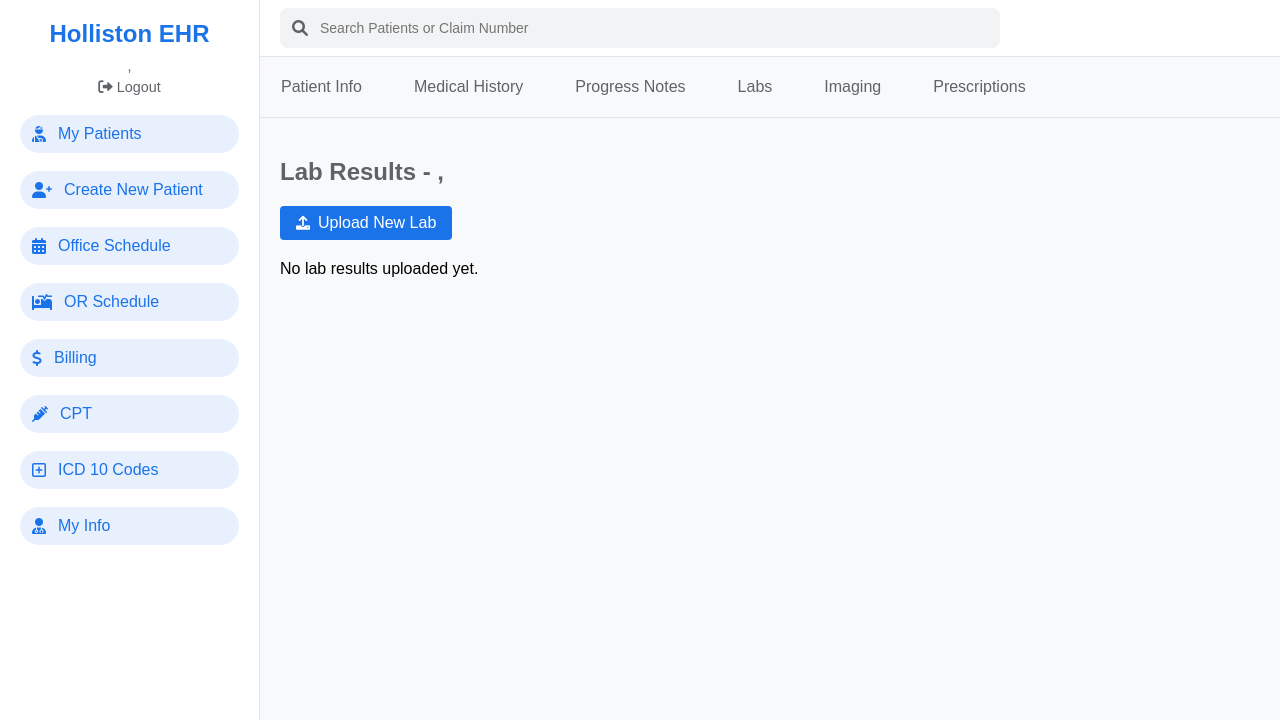
Repository: DavidG626/Flask-Project
Page: templates/labs.html
The author's editor kept a copy of each file at every save. The page is drawn from the files as they stood at one save, then again after the next save.
The browser window is 1280 px wide. The pictures show the whole page.
The template is drawn by Flask 3. The application's start-up code is not run. Other server files are loaded and not shown. The template is opened directly, without the code that normally fills it, so the values that code supplies are empty.

Above is the page before, as saved 2025-01-29 15:31:25.

### templates/labs.html
<!DOCTYPE html>
<html lang="en">
<head>
    <meta charset="UTF-8">
    <meta name="viewport" content="width=device-width, initial-scale=1.0">
    <title>Patient Labs</title>
    <link rel="stylesheet" type="text/css" href="/static/dashboard.css">
    <link rel="stylesheet" type="text/css" href="/static/labs.css">
    <link href="https://cdnjs.cloudflare.com/ajax/libs/font-awesome/6.0.0/css/all.min.css" rel="stylesheet">
</head>

<body>
    <div class="container">
        <!-- Sidebar -->
        <aside class="sidebar">
            <div class="logo">Holliston EHR</div>
            <div class="logged-user">
                {{ current_user.first_name }} {{ current_user.last_name }}, {{ current_user.medical_title }}
                <a href="{{ url_for('dashboard.logout') }}" class="logout-link">
                    <i class="fas fa-sign-out-alt"></i> Logout
                </a>
            </div>
            <nav>
                <!-- rest of your navigation -->
                <ul>
                    <li class="active">
                        <a href="{{ url_for('dashboard.my_patients') }}">
                            <i class="fas fa-user-injured"></i>My Patients
                        </a>
                    </li>
                </ul>
                <br>

                <ul>
                    <li class="active">
                        <a href="{{ url_for('dashboard.create_patient') }}">
                            <i class="fas fa-user-plus"></i>Create New Patient
                        </a>
                    </li>
                </ul>
                <br>
                <ul>
                    <li class="active"><a href=""><i class="fas fa-calendar-alt"></i>Office Schedule</a></li>
                </ul>
                <br>

                <ul>
                    <li class="active"><a href=""><i class="fas fa-procedures"></i>OR Schedule</a></li>
                </ul>
                <br>

                <ul>
                    <li class="active"><a href=""><i class="fas fa-dollar-sign"></i>Billing</a></li>
                </ul>
                <br>

                <ul>
                    <li class="active"><a href=""><i class="fas fa-syringe"></i>CPT</a></li>
                </ul>
                <br>

                <ul>
                    <li class="active"><a href=""><i class="far fa-plus-square"></i>ICD 10 Codes</a></li>
                </ul>
                <br>

                <ul>
                    <li class="active">
                        <a href="{{ url_for('dashboard.my_info') }}">
                            <i class="fas fa-user-md"></i>My Info
                        </a>
                    </li>
                </ul>
            </nav>
        </aside>

                <!-- Main Content -->
                <main>
                    <!-- Header -->
                    <header>
                        <div class="search-bar">
                            <i class="fas fa-search"></i>
                            <form action="{{ url_for('dashboard.my_patients') }}" method="get">
                                <input type="text" name="search" placeholder="Search Patients or Claim Number" value="{{ search_query or '' }}">
                            </form>
                        </div>
                    </header>
                    <!-- At the top of your patient info content -->
                    <div class="patient-tabs">
                        <a href="{{ url_for('dashboard.patient_detail', patient_id=patient.id) }}" class="tab">Patient Info</a>
                        <a href="{{ url_for('dashboard.patient_medical_history', patient_id=patient.id) }}" class="tab">Medical History</a>
                        <a href="#" class="tab">Progress Notes</a>
                        <a href="{{ url_for('dashboard.patient_labs', patient_id=patient.id) }}" class="tab">Labs</a>
                        <a href="{{ url_for('dashboard.patient_imaging', patient_id=patient.id) }}" class="tab">Imaging</a>
                        <a href="#" class="tab">Prescriptions</a>
                    </div>

                    <!-- Content Area -->
                    <div class="content">
                        <div class="toolbar">
                            {% with messages = get_flashed_messages(with_categories=true) %}
                                {% if messages %}
                                    <ul>
                                        {% for category, message in messages %}
                                            <div class="{{ category }}">{{ message }}</div>
                                        {% endfor %}
                                    </ul>
                                {% endif %}
                            {% endwith %}
                    </div>



                    <div class="patient-list">
                        <h2>Lab Results - {{ patient.patient_last_name }}, {{ patient.patient_first_name }}</h2>
                        <div class="buttons">
                            <a href="{{ url_for('dashboard.upload_lab', patient_id=patient.id) }}" class="edit-btn">
                                <i class="fas fa-upload"></i> Upload New Lab
                            </a>
                        </div>

                    {% if patient.lab_results %}
                    <div class="patients-grid">
                        {% for lab in patient.lab_results|sort(attribute='upload_date', reverse=true) %}
                        <div class="patient-card">
                            <i class="fa fa-file-pdf" aria-hidden="true"></i>
                            <div>
                                <span class="patient-name">{{ lab.description or 'Lab Result' }}</span>
                                <div class="small-text">
                                    Uploaded: {{ lab.upload_date.strftime('%m/%d/%Y') }}
                                </div>
                            </div>
                            <div class="patient-details">
                                <a href="{{ url_for('dashboard.view_lab', lab_id=lab.id) }}" class="view-link">
                                    <i class="fas fa-eye"></i> View
                                </a>
                                <a href="{{ url_for('dashboard.download_lab', lab_id=lab.id) }}" class="view-link">
                                    <i class="fas fa-download"></i> Download
                                </a>
                            </div>
                        </div>
                        {% endfor %}
                    </div>
                    {% else %}
                        <p>No lab results uploaded yet.</p>
                    {% endif %}
                </div>
</div>

### static/dashboard.css
/* static/style.css */
html {
    font-size: 16px;
}
* {
    margin: 0;
    padding: 0;
    box-sizing: border-box;
    font-family: Arial, sans-serif;
}

.container {
    display: flex;
    height: 100vh;
}
.logo {
    font-size: 1.5rem;
    font-weight: bold;
    color: #1a73e8;
    margin-bottom: 20px;
    text-align: center;

}
/* Sidebar Styles */

.logged-user {
    text-align: center;
    color: #5f6368;
    font-size: 0.9rem;
    margin-bottom: 20px;
    padding: 0 10px;
    font-weight: 500;
}
.logout-link {
    display: block;
    color: #5f6368;
    font-size: 0.9rem;
    text-decoration: none;
    margin-top: 5px;
}

.logout-link:hover {
    color: #1a73e8;
}
/* Adjust logo margin */
.logo {
    margin-bottom: 10px;
}
.sidebar {
    width: 260px;
    background: white;
    padding: 20px;
    border-right: 1px solid #e1e4e8;
}

.new-button button {
    width: 100%;
    padding: 12px;
    background: #e8f0fe;
    color: #1a73e8;
    border: none;
    border-radius: 24px;
    cursor: pointer;
    font-weight: 500;
    display: flex;
    align-items: center;
    justify-content: center;
    gap: 8px;
    margin-bottom: 20px;
}

.sidebar nav ul a {
    list-style: none;
    text-decoration: none;
    color: inherit;
}

.sidebar nav ul li  {
    padding: 10px 12px;
    border-radius: 24px;
    cursor: pointer;
    display: flex;
    align-items: center;
    gap: 12px;
    color: #5f6368;
}


.sidebar nav ul li.active {
    background: #e8f0fe;
    color: #1a73e8;
}
.sidebar nav ul li,
.sidebar nav ul li a {
    display: flex;
    align-items: center;
    gap: 12px;
}

.sidebar nav ul li a {
    text-decoration: none;
    color: inherit;
    width: 100%; /* Ensure the link takes full width of the list item */
}
/* Main Content Styles */
main {
    flex: 1;
    background: #f8f9fa;
    display: flex;
    flex-direction: column;
}

header {
    background: white;
    padding: 8px 20px;
    border-bottom: 1px solid #e1e4e8;
}

.search-bar {
    position: relative;
    max-width: 720px;
}

.search-bar input {
    width: 100%;
    padding: 12px 16px 12px 40px;
    border: none;
    background: #f1f3f4;
    border-radius: 8px;
    font-size: 14px;
}

.search-bar i {
    position: absolute;
    left: 12px;
    top: 50%;
    transform: translateY(-50%);
    color: #5f6368;
}

.content {
    padding: 20px;
    flex: 1;
}

.toolbar {
    display: flex;
    justify-content: space-between;
    align-items: center;
    margin-bottom: 20px;
}

.view-options a {
    padding: 8px;
    cursor: pointer;
    color: #1a73e8;
    text-decoration: none;

}

.view-options a:visited {
    color: #1a73e8;
    text-decoration: none;

}

.view-options a:hover {
    color: #1a73e8;
    text-decoration: underline;

}

/* Table Styles */
.files-table {
    width: 100%;
    background: white;
    border-radius: 8px;
    border-collapse: collapse;
}

.files-table th,
.files-table td {
    padding: 12px 20px;
    text-align: left;
    border-bottom: 1px solid #e1e4e8;
}

.files-table th {
    color: #5f6368;
    font-weight: 500;
    font-size: 14px;
}

.file-cell {
    display: flex;
    align-items: center;
    gap: 12px;
}

.file-cell i {
    color: #5f6368;
}

.files-table tr:hover {
    background: #f8f9fa;
}

/* update.html */
.update-form {
    max-width: 500px;
    margin: 50px auto;
    padding: 20px;
    background: white;
    border-radius: 8px;
    box-shadow: 0 2px 4px rgba(0,0,0,0.1);
}

.form-group {
    margin-bottom: 15px;
}

.form-group label {
    display: block;
    margin-bottom: 5px;
    font-weight: bold;
}

.form-group input {
    width: 100%;
    padding: 8px;
    border: 1px solid #ddd;
    border-radius: 4px;
}

.buttons {
    margin-top: 20px;
}

.save-btn {
    background: #1a73e8;
    color: white;
    padding: 10px 20px;
    border: none;
    border-radius: 4px;
    cursor: pointer;
}

.cancel-btn {
    background: #f1f3f4;
    color: #5f6368;
    padding: 10px 20px;
    border: none;
    border-radius: 4px;
    text-decoration: none;
    margin-left: 10px;
}
.edit-btn {
    background: #1a73e8;
    color: white;
    padding: 8px 16px;
    border-radius: 4px;
    text-decoration: none;
    display: inline-block;
    margin-bottom: 20px;
}


.patient-card {
    background: white;
    border-radius: 8px;
    padding: 20px;
    margin: 10px 0;
    box-shadow: 0 2px 4px rgba(0,0,0,0.1);
    display: flex;
    align-items: center;
    text-decoration: none;  /* Remove default link underline */
    color: inherit;  /* Keep default text color */
    transition: all 0.2s ease;  /* Smooth hover effect */
}
.small-text {
    font-size: 14px;
    color: #5f6368;  /* matches your theme's gray color */
}

.patient-card:hover {
    background: #f8f9fa;
    transform: translateY(-2px);
    box-shadow: 0 4px 6px rgba(0,0,0,0.1);
}

.patient-card .fa-folder {
    color: #4a90e2;
    font-size: 24px;
    margin-right: 15px;
}

.patient-name {
    font-weight: bold;
    font-size: 16px;
    margin-right: 20px;
}

.patient-details {
    margin-left: auto;
}

.view-link {
    color: #4a90e2;
    text-decoration: none;
    margin-left: 15px;
}

.view-link:hover {
    text-decoration: underline;
}

.tabs {
    display: flex;
    gap: 5px;
    padding: 10px 10px 0;
    background: #f8f9fa;
    border-bottom: 1px solid #e1e4e8;
}

.tab {
    padding: 10px 20px;
    text-decoration: none;
    color: #5f6368;
    background: #f8f9fa;
    border: 1px solid transparent;
    border-radius: 4px 4px 0 0;
}

.tab:hover {
    color: #1a73e8;
}

.tab-pane {
    display: none;
    padding: 20px;
}

/* Show the targeted tab */
.tab-pane:target {
    display: block;
}

/* Show first tab by default when no tab is targeted */
.tab-pane:first-child:not(:target) {
    display: block;
}

/* Highlight active tab */
.tab:target {
    background: white;
    border-color: #e1e4e8;
    border-bottom-color: white;
    color: #1a73e8;
    margin-bottom: -1px;
}

/* START @MEDIA BASE FONT SIZE 16PX*/
@media (max-width: 1600px) {
    html {
        font-size: 16px;
    }
}
@media (max-width: 1200px) {
    html {
        font-size: 16px;
    }
}
@media (max-width: 992px) {
    html {
        font-size: 14px;
    }
}
@media (max-width: 768px) {
    html {
        font-size: 12px;
    }
}
@media (max-width: 600px) {
    html {
        font-size: 10px;
    }
}
/* END @MEDIA */

### static/labs.css
/* labs.css */

/* Use your existing base styles from dashboard.css */
.patient-card {
    background: white;
    border-radius: 8px;
    padding: 20px;
    margin: 10px 0;
    box-shadow: 0 2px 4px rgba(0,0,0,0.1);
    display: flex;
    align-items: center;
    text-decoration: none;
    color: inherit;
    transition: all 0.2s ease;
}

.patient-card:hover {
    background: #f8f9fa;
    transform: translateY(-2px);
    box-shadow: 0 4px 6px rgba(0,0,0,0.1);
}

/* Lab specific styles */
.patient-card .fa-file-pdf {
    color: #e74c3c;  /* red color for PDF icon */
    font-size: 24px;
    margin-right: 15px;
}

.lab-date {
    font-weight: bold;
    color: #1a73e8;
    margin-bottom: 5px;
}

.lab-description {
    color: #5f6368;
    font-size: 14px;
}
h2 {
    color: #5f6368;
}

.lab-actions {
    margin-left: auto;
    display: flex;
    gap: 10px;
}

.view-link {
    color: #4a90e2;
    text-decoration: none;
    display: flex;
    align-items: center;
    gap: 5px;
}

.view-link i {
    font-size: 14px;
}

.view-link:hover {
    text-decoration: underline;
}

/* Upload button styling */
.edit-btn {
    background: #1a73e8;
    color: white;
    padding: 8px 16px;
    border-radius: 4px;
    text-decoration: none;
    display: inline-flex;
    align-items: center;
    gap: 8px;
    margin-bottom: 20px;
}

.edit-btn i {
    font-size: 14px;
}

.edit-btn:hover {
    background: #1557b0;
}

/* No results message */
.no-results {
    text-align: center;
    color: #5f6368;
    padding: 40px;
    background: white;
    border-radius: 8px;
    box-shadow: 0 2px 4px rgba(0,0,0,0.1);
}

/* Patient tabs styling */
.patient-tabs {
    display: flex;
    gap: 10px;
    padding: 10px 0;
    border-bottom: 1px solid #e1e4e8;
}

.patient-tabs .tab {
    padding: 10px 20px;
    background: #f8f9fa;
    color: #5f6368;
    text-decoration: none;
    border-radius: 4px 4px 0 0;
    cursor: pointer;
    border: 1px solid transparent;
}

.patient-tabs .tab:hover {
    color: #1a73e8;
}

.patient-tabs .tab:active,
.patient-tabs .tab:focus {
    background: white;
    border-color: #e1e4e8;
    color: #1a73e8;
    margin-bottom: -1px;
}

.pmh-tabs .tab-pane {
    display: none;
    padding: 20px;
    background: #ffffff;
}

/* START @MEDIA BASE FONT SIZE 16PX*/
@media (max-width: 1600px) {
    html {
        font-size: 16px;
    }
}
@media (max-width: 1200px) {
    html {
        font-size: 16px;
    }
}
@media (max-width: 992px) {
    html {
        font-size: 14px;
    }
}
@media (max-width: 768px) {
    html {
        font-size: 12px;
    }
}
@media (max-width: 600px) {
    html {
        font-size: 10px;
    }
}
/* END @MEDIA */

After the next save:
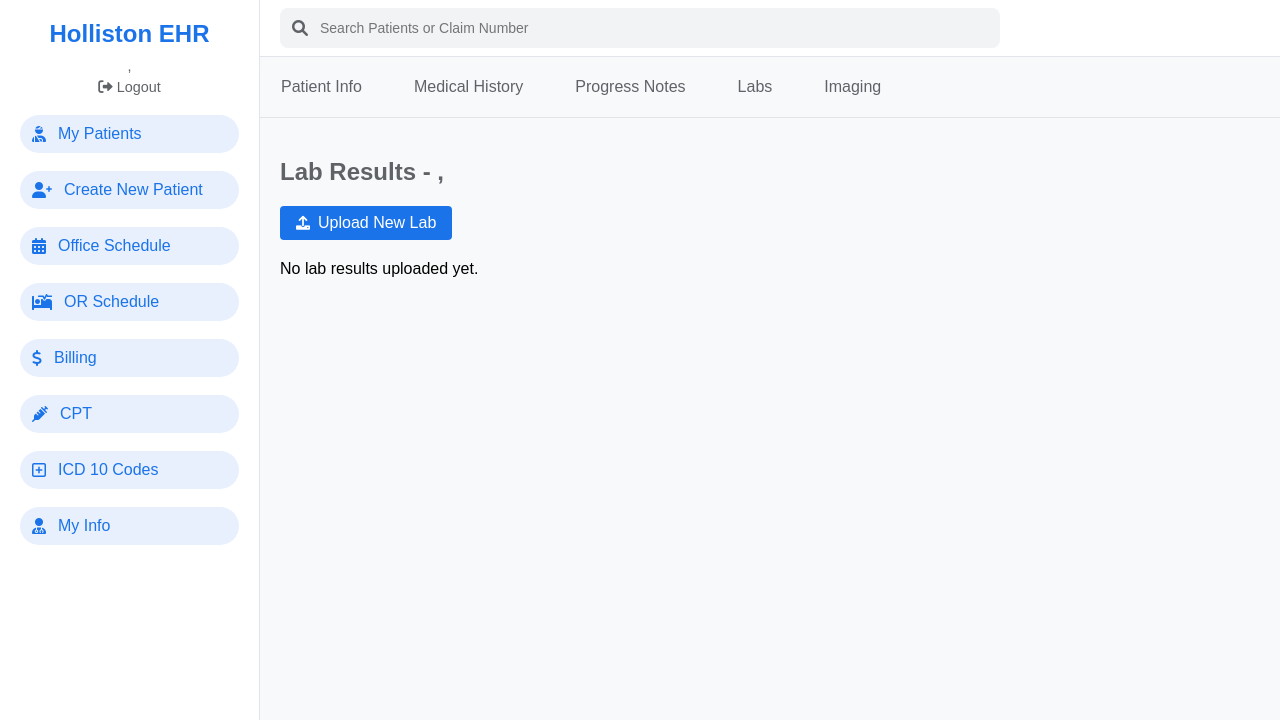
Saved 13 s later.
--- a/templates/labs.html
+++ b/templates/labs.html
@@ -92,7 +92,7 @@
                         <a href="#" class="tab">Progress Notes</a>
                         <a href="{{ url_for('dashboard.patient_labs', patient_id=patient.id) }}" class="tab">Labs</a>
                         <a href="{{ url_for('dashboard.patient_imaging', patient_id=patient.id) }}" class="tab">Imaging</a>
-                        <a href="#" class="tab">Prescriptions</a>
+
                     </div>
 
                     <!-- Content Area -->

After the save that followed:
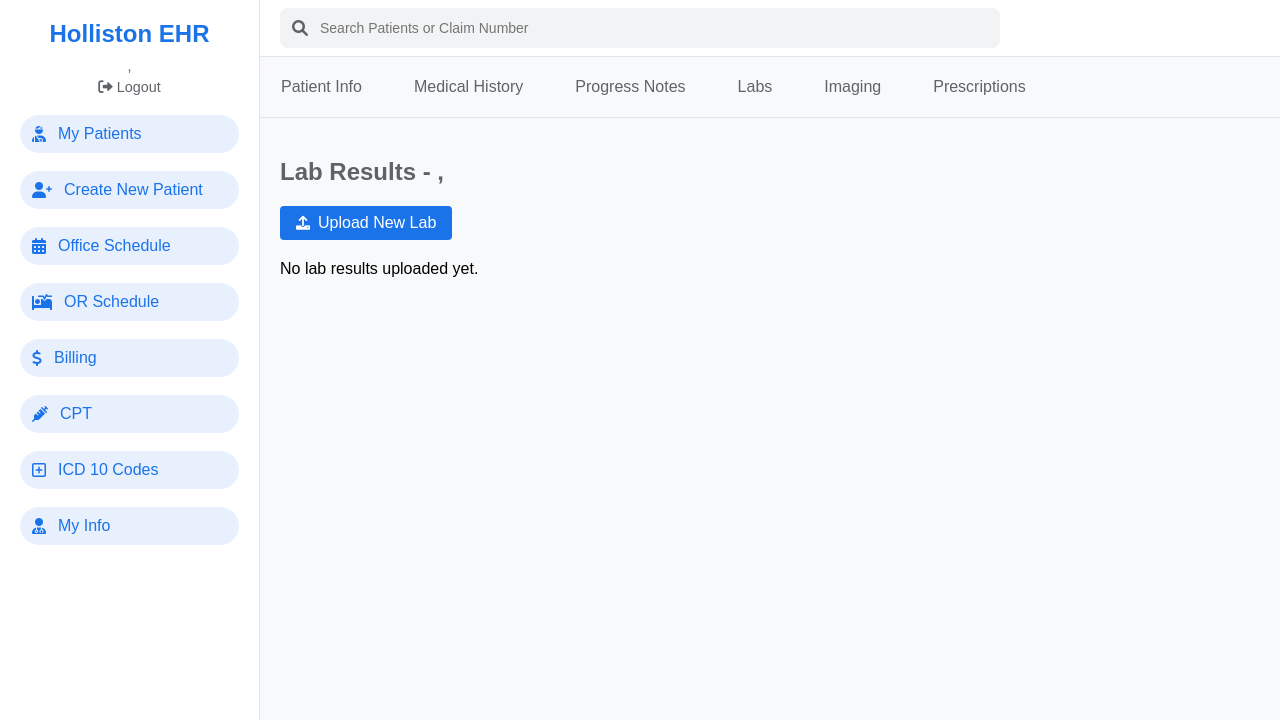
Saved 8 s later.
--- a/templates/labs.html
+++ b/templates/labs.html
@@ -92,7 +92,7 @@
                         <a href="#" class="tab">Progress Notes</a>
                         <a href="{{ url_for('dashboard.patient_labs', patient_id=patient.id) }}" class="tab">Labs</a>
                         <a href="{{ url_for('dashboard.patient_imaging', patient_id=patient.id) }}" class="tab">Imaging</a>
-
+                        <a href="#" class="tab">Prescriptions</a>
                     </div>
 
                     <!-- Content Area -->
